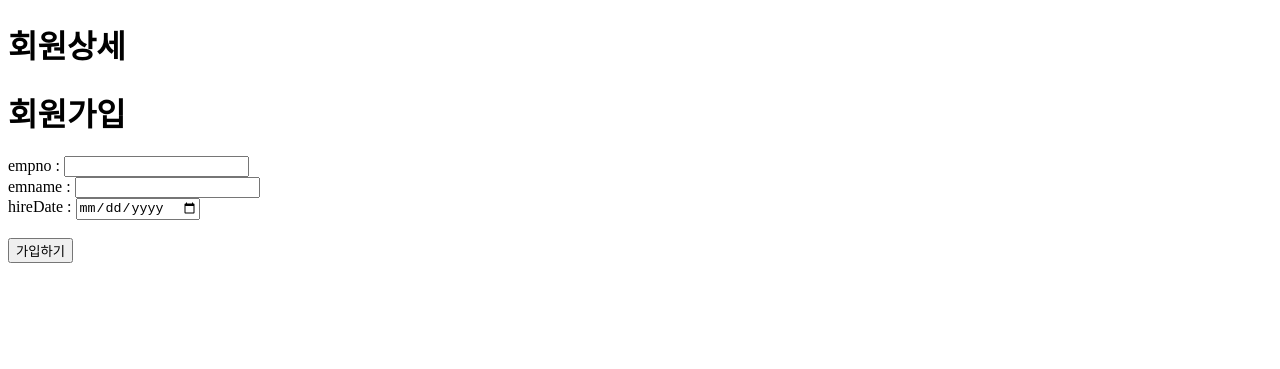
Repository: polikiki/Connor-s-team-projectt
Page: http://localhost/proj6_myBatis/emp0?cmd=join
The author's editor kept a copy of each file at every save. The page is drawn from the files as they stood at one save, then again after the next save.
The browser window is 1280 px wide. The pictures show the whole page.
The page is served by Tomcat 9. Other server files are loaded and not shown.

Above is the page before, as saved 2024-09-20 01:03:54.

### workspace_java/proj6_myBatis/src/main/webapp/WEB-INF/views/empjoin.jsp
<%@ page language="java" contentType="text/html; charset=UTF-8"
    pageEncoding="UTF-8"%>
<!DOCTYPE html>
<html>
<head>
<meta charset="UTF-8">
<title>Insert title here</title>
</head>
<body>
<c:if test="${cmd == "detail"}">
<h1>회원상세</h1>
</c:if>

<h1>회원가입</h1>

<form method="post" action="emp0">
	empno : <input type="text" name="empno"><br>
	emname : <input type="text" name="ename"><br>
	hireDate : <input type="date" name="hireDate"><br>
	<br>
	<input type="submit" value="가입하기">
</form>
</body>
</html>

### workspace_java/proj6_myBatis/src/main/java/emp/crud/Emp0Servlet.java
package emp.crud;

import java.io.IOException;
import java.sql.Date;
import java.util.List;

import javax.servlet.ServletException;
import javax.servlet.annotation.WebServlet;
import javax.servlet.http.HttpServlet;
import javax.servlet.http.HttpServletRequest;
import javax.servlet.http.HttpServletResponse;

@WebServlet("/emp0")
public class Emp0Servlet extends HttpServlet {
	private static final long serialVersionUID = 1L;

	private boolean _DEBUG = true;

	protected void doGet(HttpServletRequest request, HttpServletResponse response) throws ServletException, IOException {

		String cmd = request.getParameter("cmd");
		EmpDAO empDAO = new EmpDAO();

		if(cmd == null) {

		List<EmpDTO> emplist = empDAO.selectEmp();

		request.setAttribute("emplist", emplist);

		request.getRequestDispatcher("/WEB-INF/views/emp.jsp").forward(request, response);
		}else if("join".equals(cmd)){

			request.getRequestDispatcher("/WEB-INF/views/empjoin.jsp").forward(request, response);
		}else if("edit".equals(cmd)) {

			// pk인 empno 확보
			String strEmpno = request.getParameter("empno");

			try {
				int empno = Integer.parseInt(strEmpno);

				// 특정 회원 정보 조회
				EmpDTO empDTO = empDAO.selectOneEmp(empno);
				// 정보를 request에 담아서
				request.setAttribute("empDTO", empDTO);
				request.setAttribute("cmd", "edit");
				// 상세 정보 페이지로 이동
				request.getRequestDispatcher("/WEB-INF/views/empjoin.jsp").forward(request, response);

			}catch (Exception e) {
				e.printStackTrace();
			}

		}

	}


	protected void doPost(HttpServletRequest request, HttpServletResponse response) throws ServletException, IOException {

		request.setCharacterEncoding("utf-8");
		response.setContentType("text/html; charset=utf-8;");

		String strEmpno = request.getParameter("empno");
		String ename = request.getParameter("ename");
		String strHireDate = request.getParameter("hireDate"); // 2024-09-19


		try {
			int empno = Integer.parseInt(strEmpno);

			EmpDTO empDTO = new EmpDTO();
			empDTO.setEmpno(empno);


			// delete 실행

			EmpDAO empDAO = new EmpDAO();
			int result = empDAO.DeleteEmp(empDTO);
			System.out.println("삭제 결과 :"+ result);

		}catch (Exception e) {
			if(_DEBUG) {
				e.printStackTrace();
			}
		}

		try {
			int empno = Integer.parseInt(strEmpno);
			Date hireDate = Date.valueOf(strHireDate);

			EmpDTO empDTO = new EmpDTO();
			empDTO.setEmpno(empno);
			empDTO.setEname(ename);
			empDTO.setHireDate(hireDate);

			// insert 실행

			EmpDAO empDAO = new EmpDAO();
			int result = empDAO.insertEmp(empDTO);
			System.out.println("회원 가입 결과 :"+ result);

		}catch (Exception e) {
			if(_DEBUG) {
				e.printStackTrace();
			}
		}
		response.sendRedirect("emp0");
	}


	protected void doDelete(HttpServletRequest request, HttpServletResponse response) throws ServletException, IOException {

	}

	protected void doPut(HttpServletRequest request, HttpServletResponse response) throws ServletException, IOException {



	}

}

### workspace_java/proj6_myBatis/src/main/java/emp/crud/EmpDAO.java
package emp.crud;

import java.io.Reader;
import java.util.List;
import java.util.Map;

import org.apache.ibatis.io.Resources;
import org.apache.ibatis.session.SqlSession;
import org.apache.ibatis.session.SqlSessionFactory;
import org.apache.ibatis.session.SqlSessionFactoryBuilder;

import emp.crud.EmpDTO;

public class EmpDAO {

	private  SqlSessionFactory sqlMapper = null;

    public  SqlSessionFactory getInstance() {
        if(sqlMapper == null) {
        	// DB 접속
        	// 자동 커밋 : sqlMapper.openSession()
        	// 수동 커밋 : sqlMapper.openSession(false)
            try {
                String res = "mybatis/SqlMapConfig.xml";
                Reader reader = Resources.getResourceAsReader(res);

                SqlSessionFactoryBuilder ssfb = new SqlSessionFactoryBuilder();
                sqlMapper = ssfb.build(reader);

                reader.close();
            }catch (Exception e) {
                e.printStackTrace();
            }
        }

        return sqlMapper;
    }

    public List<EmpDTO> selectEmp() {
    	List<EmpDTO> empList = null;

    	// SqlMapConfig.xml을 읽어옴
    	sqlMapper = getInstance();
    	if(sqlMapper != null) {

    		// DB 접속
        	SqlSession sqlSession = sqlMapper.openSession(true);

        	empList = sqlSession.selectList("mapper.emp.selectAllEmp");
        	System.out.println("empList.size :" + empList.size());
    	} else {
    		System.out.println("DB 접속 실패");
    	}

    	return empList;
    }



    public int insertEmp(EmpDTO empDTO) {
    	int result = -1;

    	// SqlMapConfig.xml을 읽어옴
    	sqlMapper = getInstance();
    	if(sqlMapper != null) {

    		// DB 접속
    		// 자동 커밋 : sqlMapper.openSession()
    		// 수동 커밋 : sqlMapper.openSession(false)
        	SqlSession sqlSession = sqlMapper.openSession(true);

        	try {
        		System.out.println(empDTO);
        		result = sqlSession.update("mapper.emp.param.insertEmp", empDTO);
        	}catch (Exception e) {
        		e.printStackTrace();
			}
    	} else {
    		System.out.println("DB 접속 실패");
    	}

    	return result;
    }

    public int DeleteEmp(EmpDTO empDTO) {
    	int result = -1;

    	// SqlMapConfig.xml을 읽어옴
    	sqlMapper = getInstance();
    	if(sqlMapper != null) {

    		// DB 접속
        	SqlSession sqlSession = sqlMapper.openSession(true);

        	try {
        		System.out.println(empDTO);
        		result = sqlSession.delete("mapper.emp.param.deleteEmp", empDTO);
        	}catch (Exception e) {
        		e.printStackTrace();
			}
    	} else {
    		System.out.println("DB 접속 실패");
    	}

    	return result;
    }

    public EmpDTO selectOneEmp(int empno) {
    	EmpDTO empDTO = null;

    	// SqlMapConfig.xml을 읽어옴
    	sqlMapper = getInstance();
    	if(sqlMapper != null) {

    		// DB 접속
        	SqlSession sqlSession = sqlMapper.openSession();

        	try {
        		empDTO = sqlSession.selectOne("mapper.emp.param.selectOneEmp");
        	}catch (Exception e) {
        		e.printStackTrace();
			}
    	} else {
    		System.out.println("DB 접속 실패");
    	}

    	return empDTO;
    }

}

After the next save:
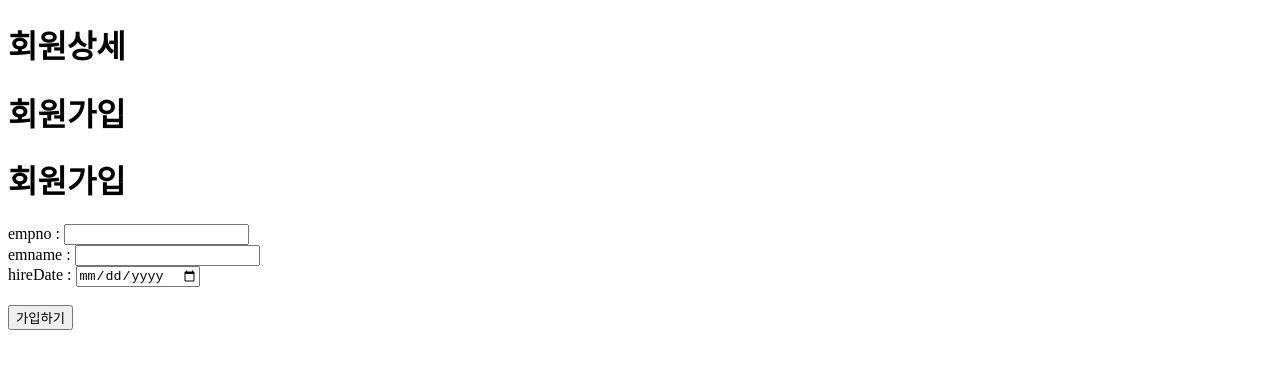
Saved 115 s later.
--- a/workspace_java/proj6_myBatis/src/main/webapp/WEB-INF/views/empjoin.jsp
+++ b/workspace_java/proj6_myBatis/src/main/webapp/WEB-INF/views/empjoin.jsp
@@ -7,9 +7,18 @@
 <title>Insert title here</title>
 </head>
 <body>
-<c:if test="${cmd == "detail"}">
-<h1>회원상세</h1>
-</c:if>
+<%-- <c:if test="${cmd == "detail"}"> --%>
+<!-- <h1>회원상세</h1> -->
+<!-- </c:if> -->
+
+<c:choose>
+	<c:when test="${cmd == "detail"}">
+		<h1>회원상세</h1>
+	</c:when>
+	<c:otherwise>
+		<h1>회원가입</h1>
+	</c:otherwise>
+</c:choose>
 
 <h1>회원가입</h1>
 
